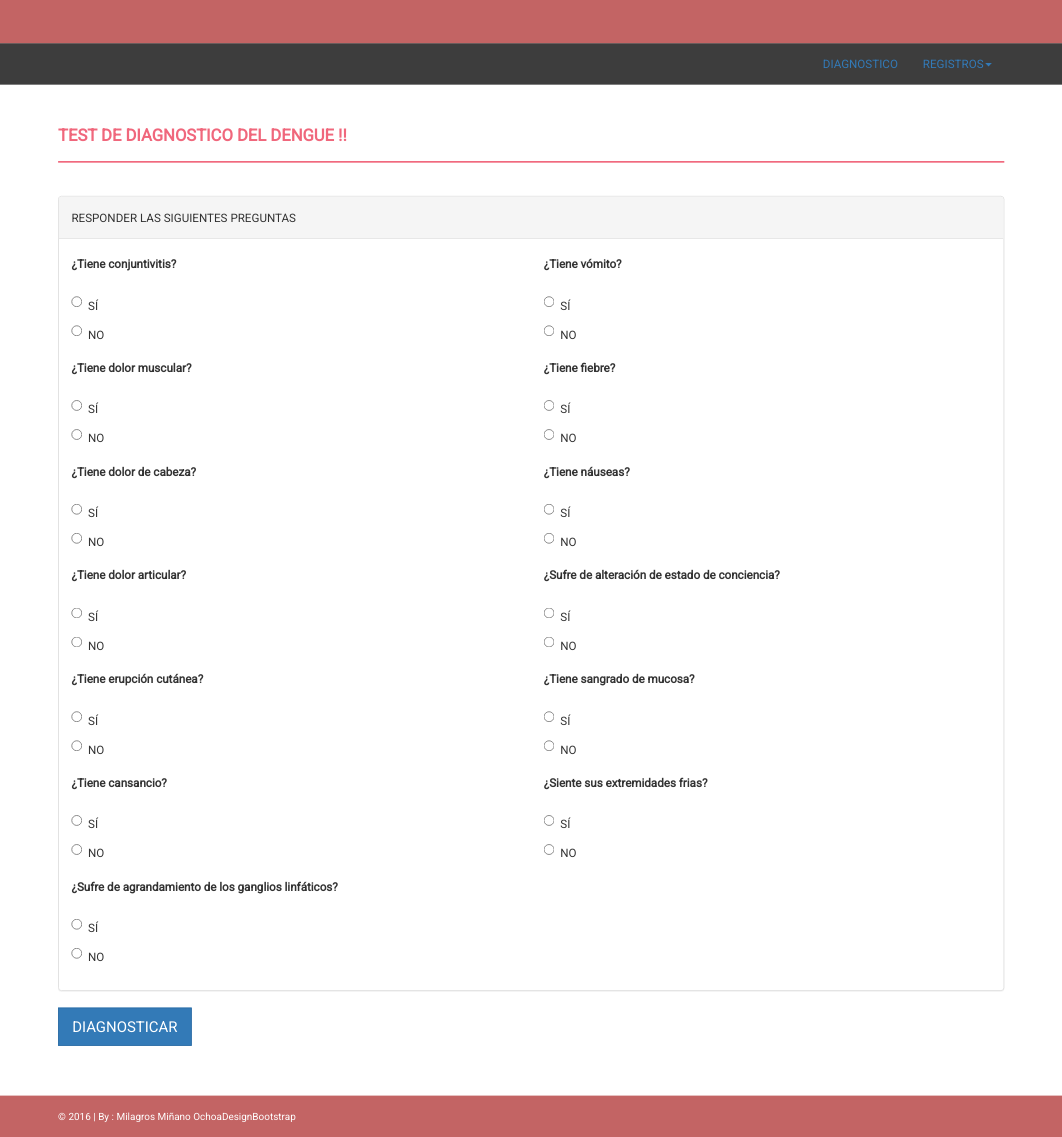
Repository: Mili10/PROYECTOII
Page: http://localhost/Capa_Presentacion/frmCuestionario.jsp
An editor plug-in stored every save of this project. The page is shown before and after the next save, followed by the edit.
The browser window is 1280 px wide. The pictures show the whole page, at 83% of full size.
The page is served by Tomcat 9.

Above is the page before, as saved 2016-07-07 16:32:58.

After the next save:
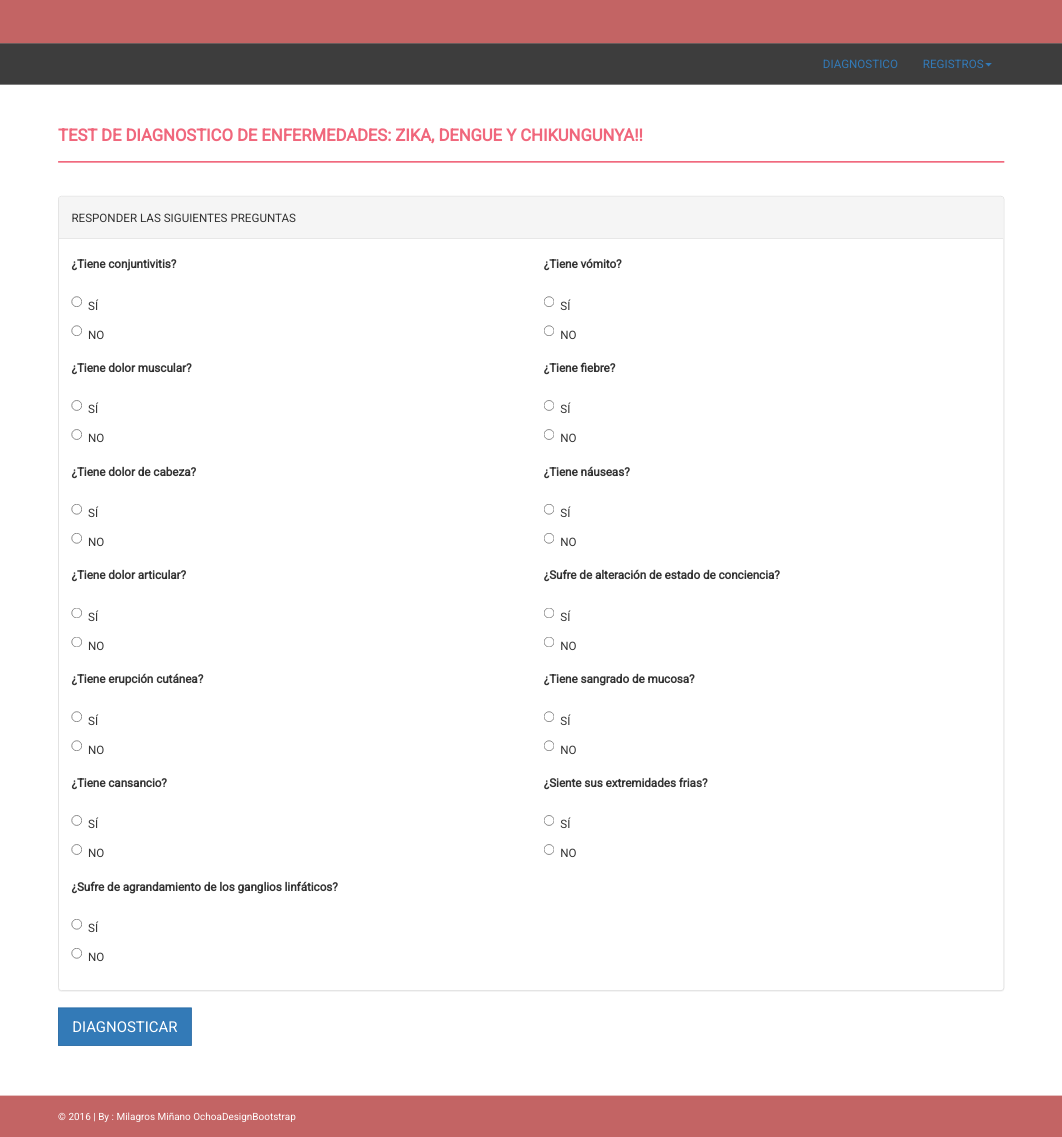
Saved 6 min 10 s later.
--- a/sistema_experto_web/Capa_Presentacion/WebContent/frmCuestionario.jsp
+++ b/sistema_experto_web/Capa_Presentacion/WebContent/frmCuestionario.jsp
@@ -19,7 +19,7 @@
         <div class="container">
             <div class="row">
                 <div class="col-md-12">
-                    <h4 class="page-head-line">TEST DE DIAGNOSTICO DEL DENGUE !! </h4>
+                    <h4 class="page-head-line">TEST DE DIAGNOSTICO DE ENFERMEDADES: ZIKA, DENGUE Y CHIKUNGUNYA!! </h4>
                 </div>
             </div>
                     <div class="panel panel-default">
